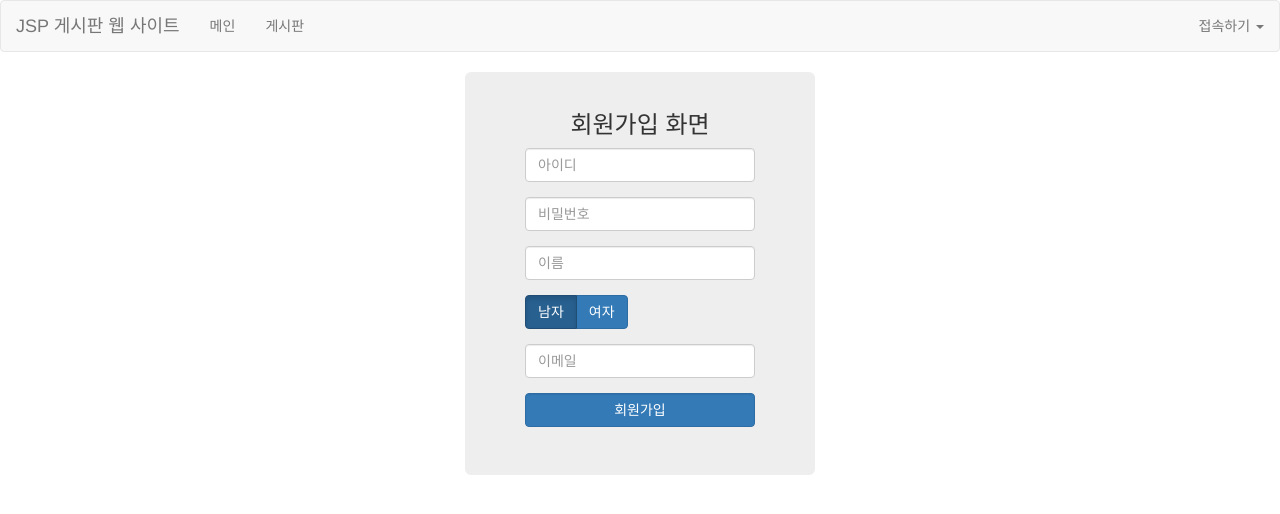
Repository: GorillaDunk/JSP
Page: http://localhost/BBS/join.jsp
These files come from the project's save history. The page is drawn as it stood at one moment and after the next save; the edit follows.
The browser window is 1280 px wide. The pictures show the whole page.
Some web libraries are served in a nearby version. The page is served by Tomcat 9.

Above is the page before, as saved 2023-10-14 10:09:18.

After the next save:
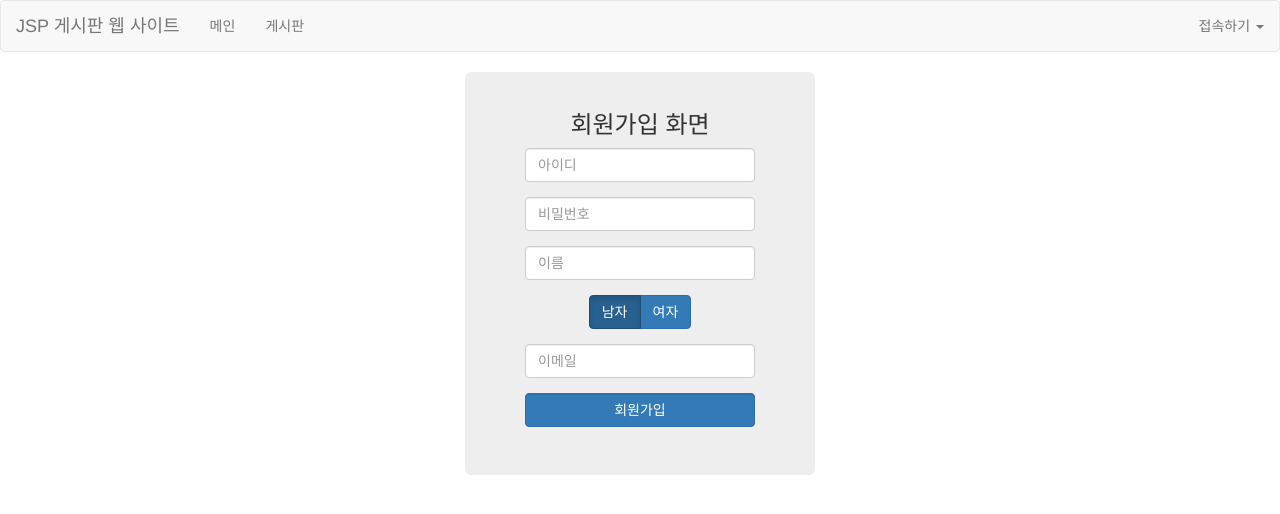
Saved 36 s later.
--- a/projects/BBS/src/main/webapp/join.jsp
+++ b/projects/BBS/src/main/webapp/join.jsp
@@ -59,7 +59,7 @@
 					<div class="form-group">
 						<input type="text" class="form-control" placeholder="이름" name="userName" maxlength="20">
 					</div>
-					<div class="form-group style="text-align: center;">
+					<div class="form-group" style="text-align:center">
 						<div class="btn-group" data-toggle="buttons">
 							<label class="btn btn-primary active">
 								<input type="radio" name="userGender" autocomplete="off" value="남자" checked> 남자
